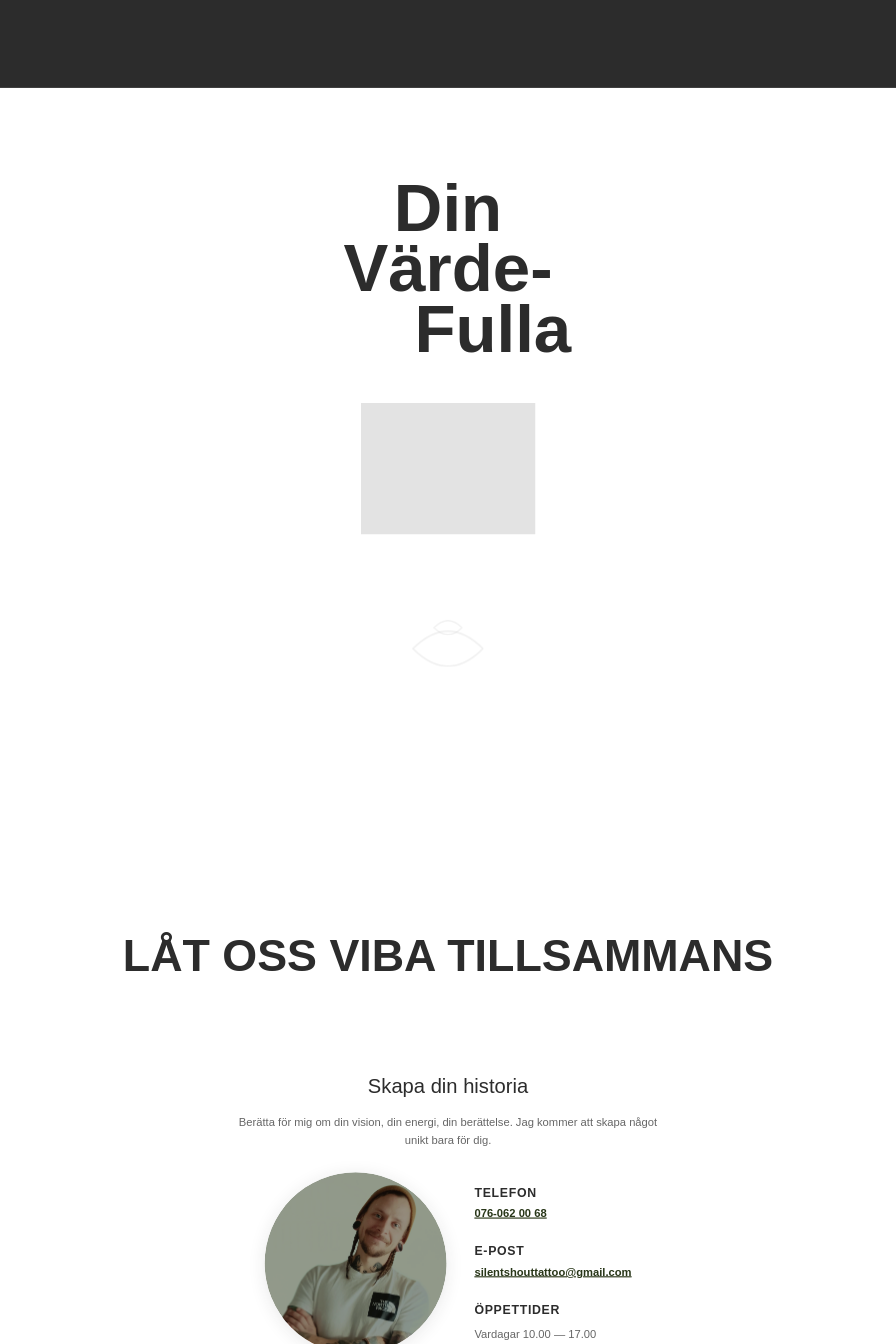
Repository: public-websites/silentshouttattoose
Page: index.html
These files come from the project's save history. The page is drawn as it stood at one moment and after a run of saves; the edit follows.
The browser window is 1280 px wide. The pictures show the part of the page from y = 2541 to 4461 px (the page is 7111 px tall before and 6938 px after), at 70% of full size.
Pictures or frames that could not be fetched are drawn as grey boxes.

Above is the page before, as saved 2025-06-27 11:26:40.

After the next 2 saves:
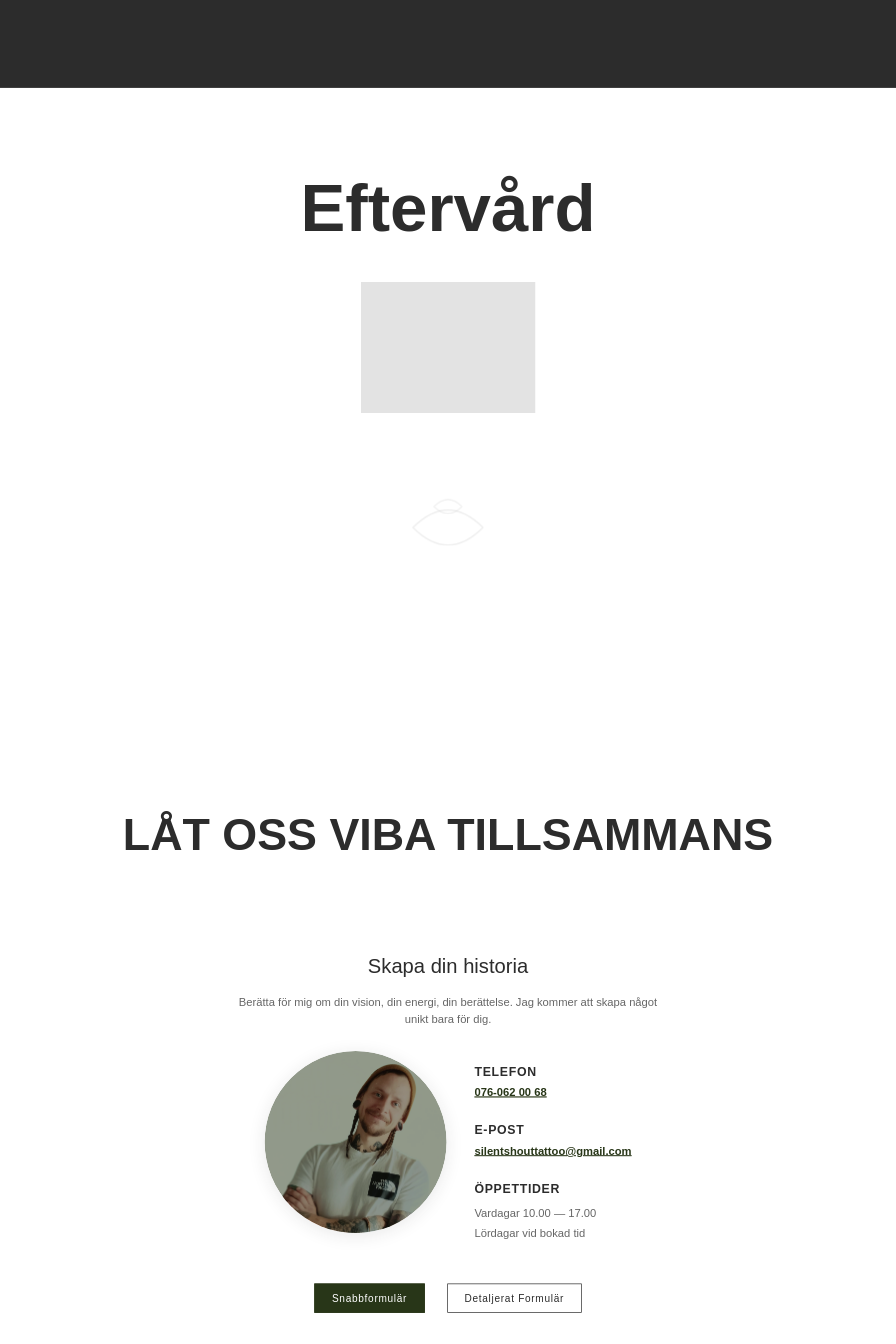
The 2 saves are shown as one change because they came seconds apart.
The last was saved 64 s later.
--- a/index.html
+++ b/index.html
@@ -88,9 +88,7 @@
     <section class="large-text-section">
         <div class="container">
             <h2 class="large-text split fade-in">
-                Din
-                <span>Värde-</span>
-                <span>Fulla</span>
+                Eftervård
             </h2>
         </div>
 
